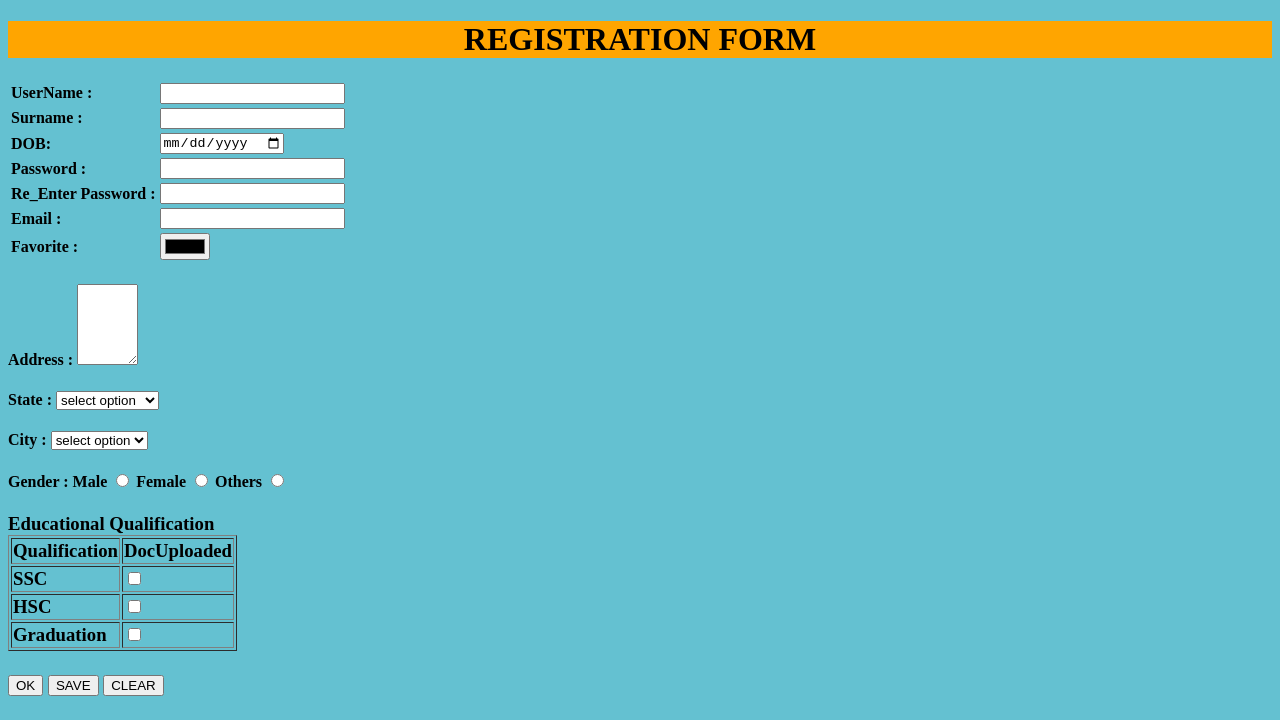
Repository: AJEET006/AdvanceJava-DSA
Page: ADVANCE_JAVA/HW_Example/WebContent/RegistrationForm.html
The author's editor kept a copy of each file at every save. The page is drawn from the files as they stood at one save, then again after the next save.
The browser window is 1280 px wide. The pictures show the whole page.

Above is the page before, as saved 2022-06-21 19:00:50.

After the next save:
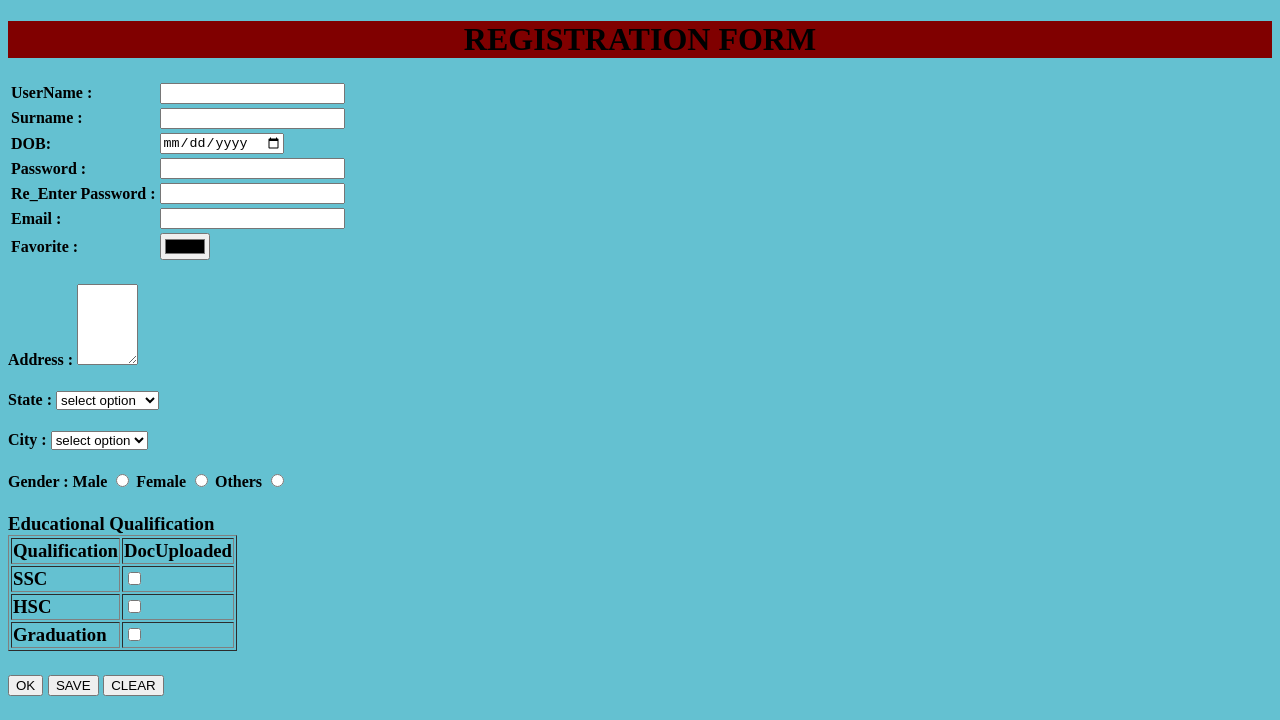
Saved 58 s later.
--- a/ADVANCE_JAVA/HW_Example/WebContent/RegistrationForm.html
+++ b/ADVANCE_JAVA/HW_Example/WebContent/RegistrationForm.html
@@ -6,7 +6,7 @@
 </head>
 <body style="background-color: rgb(100, 193, 209);">
 	<form>
-		<h1 style="background-color: orange;">
+		<h1 style="background: maroon;">
 			<bg>
 			<center>REGISTRATION FORM</center>
 			</bg>
